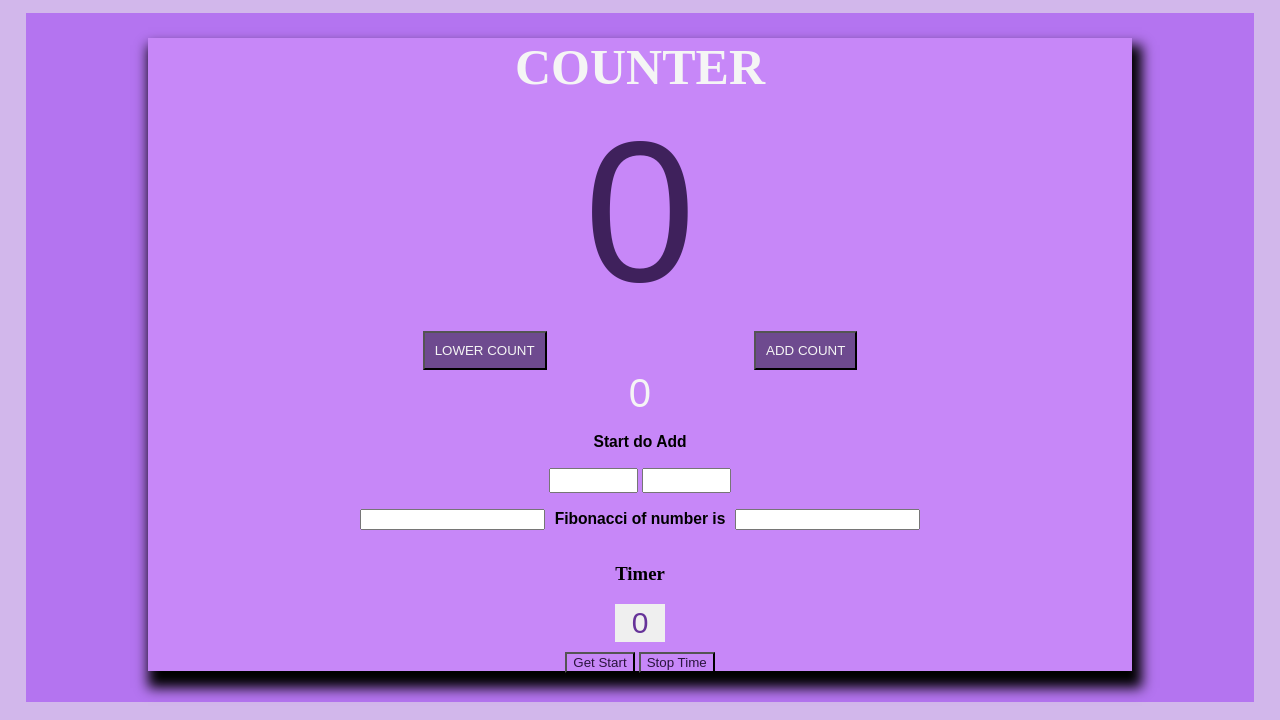
Repository: AnahitKhechumyan/Counter
Page: index.html
The author's editor kept a copy of each file at every save. The page is drawn from the files as they stood at one save, then again after the next save.
The browser window is 1280 px wide. The pictures show the whole page.

Above is the page before, as saved 2022-02-15 23:59:26.

### index.html
<!DOCTYPE html>
<html lang="en">
<head>
    <meta charset="UTF-8">
    <meta http-equiv="X-UA-Compatible" content="IE=edge">
    <meta name="viewport" content="width=device-width, initial-scale=1.0">
    <link rel="stylesheet" href="style.css">
    <title>Counter</title>
</head>
<body>
    <div class="container">
       <div class="main">
            <div class="header">COUNTER</div>
            <button class= "counter">0</button>
            <div class = "change">
                 <button class ="decrement" type="button">LOWER COUNT</button>
                 <button class ="increment" type="button">ADD COUNT</button>
            </div>
            <button class= "sum">0</button> <br>
            <button class= "add" type="button"><h3>Start do Add</h3></button>
            <div >
                <input class ="firstInput" type="text" />
                <input class ="secondInput" type = "text"/>
           </div>
           <input class= "inputNumber" type="text"/>
           <button class= "fibonacci" type="button"><h3>Fibonacci of number is</h3></button>
           <input class= "inputFibonacci" type="text"/>
           <h3>Timer</h3>
           <button class= "timer">0</button>
            <div>
                <button class ="getTime">Get Start</button>
                <button class ="stopTime">Stop Time</button>
           </div>
        </div>
    </div>
    <script src= "script.js"></script>
</body>
</html>

### style.css
body{
    margin: 0;
    background-color: rgb(210, 183, 235);
}
.container{
    background-color: rgb(180, 116, 240);
    width: 96%;
    height: 94vh;
    margin-right:2%;
    margin-left:2%;
    margin-top:1%;
    padding-top: 1%;

}
.main{
    background-color: rgb(199, 135, 248);
    width: 80%;
    height: 88vh;
    margin: 1% 10%;
    box-shadow: 5px 12px 12px 5px;
    text-align: center;
}
.header{
    text-align: center;
    color:whitesmoke;
    font-size: 50px;
    font-weight: 700;
}

.counter{
    border:none;
    font-size:200px;
    color:rgb(63, 33, 92);
    background-color:rgb(199, 135, 248) ;

}
 .change{
     background-color:  rgb(199, 135, 248);
     font-size: 30px;
 }
.decrement{
    padding:10px;
    margin-right: 100px;
   background-color: rgb(110, 74, 143);
   color:whitesmoke;
}
.decrement:hover{
    background-color:whitesmoke;
    color:rgb(110, 74, 143);
    cursor:pointer;
}
.increment{
    padding:10px;
    margin-left: 100px;
    background-color: rgb(110, 74, 143);
    color:whitesmoke;
}
.increment:hover{
    background-color:whitesmoke;
    color:rgb(110, 74, 143);
    cursor:pointer;
}
.sum{
    border:none;
    background-color: rgb(199, 135, 248);
    color:whitesmoke;
    font-size: 40px;
}
.firstInput, .secondInput{
    width: 8%;
    padding:3px;
}
.fibonacci{
    background-color: rgb(199, 135, 248);
    border:none;
}
.timer{
    padding:2px 3px;
    font-size: 30px;
   width: 5%;
   border:none;
   color:rebeccapurple;
}

.getTime, .stopTime{
    margin-top:1%;
    background-color:rgb(199, 135, 248);
    color:rgb(41, 20, 61);
    cursor:pointer;
}
.getTime:hover, .stopTime:hover{
    background-color: whitesmoke;
    font-weight: 200;
}
h3{
    cursor:pointer;
}
.add{
    border:none;
    background-color: rgb(199, 135, 248);
}

### script.js
let counterElem = document.querySelector('.counter');
let addCount = document.querySelector('.increment');
let lowerCount =document.querySelector('.decrement');
let getTimer = document.querySelector('.getTime');
let stopTimer = document.querySelector('.stopTime');
let goTimer = document.querySelector('.timer');
let startAdd = document.querySelector('.add');
let addSum = document.querySelector('.sum');
let firstNum = document.querySelector('.firstInput');
let secondNum = document.querySelector('.secondInput');


    let count = 0;
    updateDisplay();

 addCount.addEventListener("click",()=>{
    count++;
    updateDisplay();
});
lowerCount.addEventListener("click",()=>{
    count--;
    updateDisplay();
});

function updateDisplay(){
    counterElem.innerHTML = count;
};


startAdd.addEventListener("click",()=>{
    let x = firstNum.value;
    let y = secondNum.value;
   addSum.innerHTML = add(x)(y);
   firstNum.value= " ";
   secondNum.value = " ";

});

 let sum = 0;
function add(x){
    return  function(y){
     return Number(x) + Number(y);
    }
};


    countTime=0;
 function getTime(){
    countTime++;
    goTimer.innerHTML = countTime;
 }
   let timer = 0;
  getTimer.addEventListener("click",()=>{
    timer = setInterval(getTime,1000);
});

stopTimer.addEventListener("click",()=>{
    clearInterval(timer);
    countTime = 0;
    goTimer.innerHTML = 0;
});

After the next save:
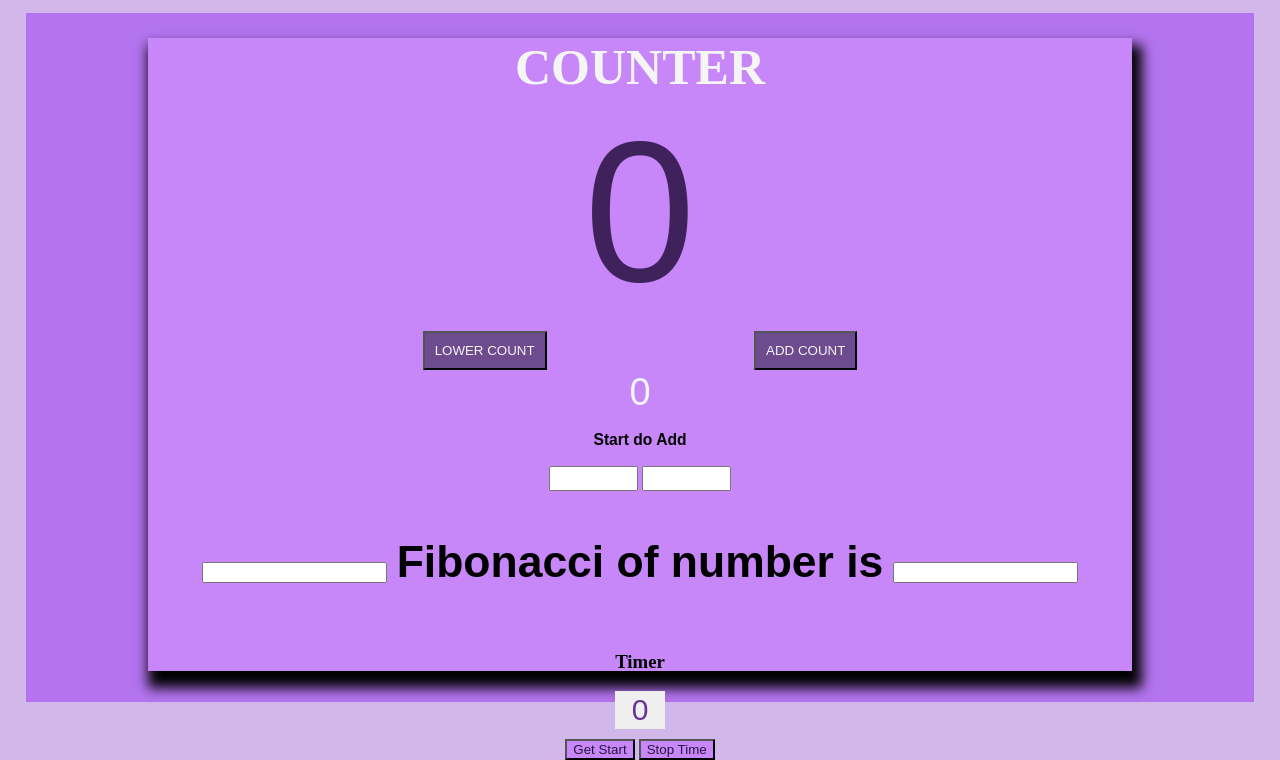
Saved 31 s later.
--- a/style.css
+++ b/style.css
@@ -64,7 +64,7 @@ body{
     border:none;
     background-color: rgb(199, 135, 248);
     color:whitesmoke;
-    font-size: 40px;
+    font-size: 38px;
 }
 .firstInput, .secondInput{
     width: 8%;
@@ -73,6 +73,7 @@ body{
 .fibonacci{
     background-color: rgb(199, 135, 248);
     border:none;
+    font-size: 38px;
 }
 .timer{
     padding:2px 3px;
